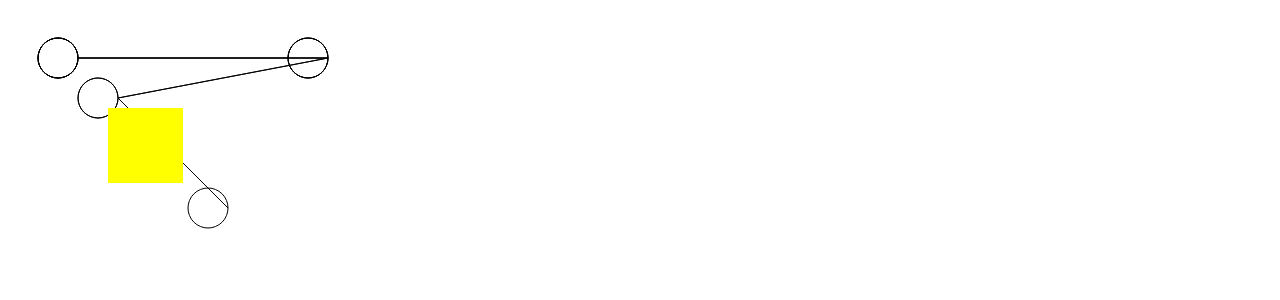
Repository: facio313/Python
Page: HELLO_PYTHON/day17/templates/canvas.html
An editor plug-in stored every save of this project. The page is shown before and after the next save, followed by the edit.
The browser window is 1280 px wide. The pictures show the whole page.

Above is the page before, as saved 2022-12-15 10:35:47.

After the next save:
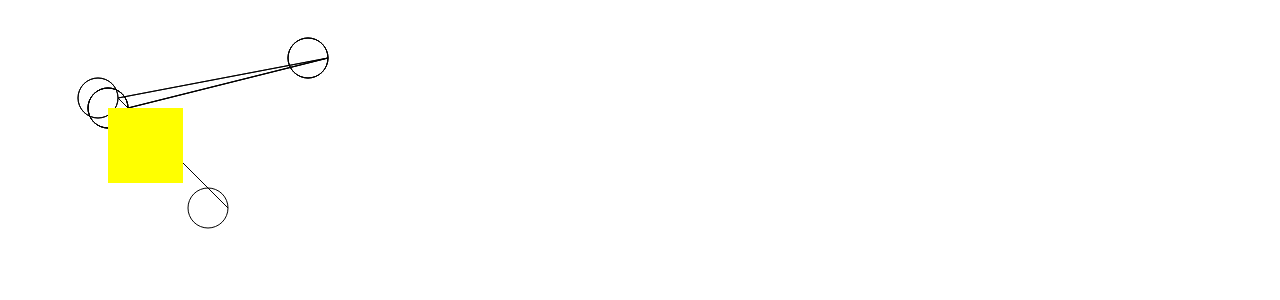
Saved 8 s later.
--- a/HELLO_PYTHON/day17/templates/canvas.html
+++ b/HELLO_PYTHON/day17/templates/canvas.html
@@ -10,7 +10,7 @@ function loader(){
 	var canvas = document.getElementById( "canvas" );   // canvas 객체
 	var ctx = canvas.getContext( "2d" );      // 2d canvas 획득
 
-	ctx.arc(50, 50, 20, 0, Math.PI*2, false );
+	ctx.arc(100, 100, 20, 0, Math.PI*2, false );
 	ctx.stroke();
 
 	ctx.arc(300, 50, 20, 0, Math.PI*2, false );
